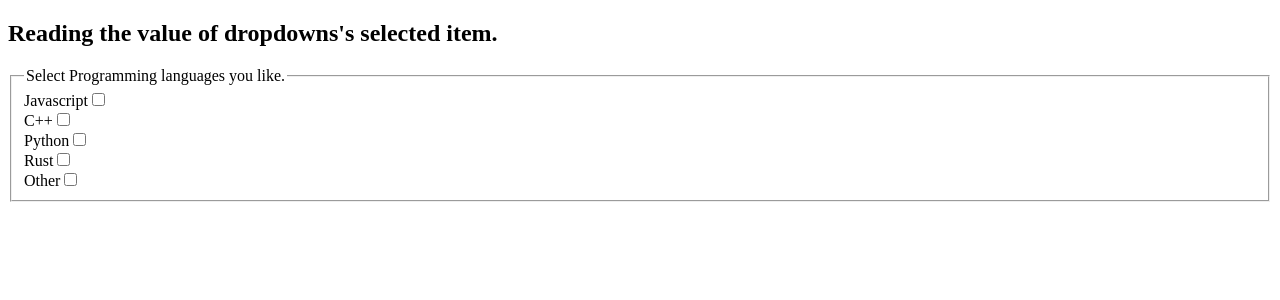
Repository: ishanbassi/iotasol-assignments
Page: /iotasol/work-4
An editor plug-in stored every save of this project. The page is shown before and after the next save, followed by the edit.
The browser window is 1280 px wide. The pictures show the whole page.
The project was rebuilt for these pictures with package versions that can differ from the ones it lists, and the page was loaded fresh each time. The framework's server and built-in components were replaced by stand-ins that run in the browser.

Above is the page before, as saved 2022-11-08 12:04:57.

### pages/_app.tsx
import "../styles/global.css"
export default function App({Component,ComponentProps}){
    return(
        <Component {...ComponentProps}/>
    )
}

### pages/iotasol/work-4.tsx
export default function App() {
    const showResult = (e)  => {
        e.preventDefault()
        const form = new FormData(e.target)
        console.log(form.get('languages'))
    }
    return (
        <>
            <h2>Reading the value of dropdowns's selected item.</h2>
            <form onSubmit={showResult}>
                <fieldset>
                    <legend>Select Programming languages you like.</legend>
                    <div>
                        <label>
                        Javascript
                        <input  type="checkbox" value="Javascript" name="programming language"/>

                        </label>
                    </div>
                    <div>
                        <label>
                        C++
                        <input type="checkbox" value="C++" name="programming language"/>

                        </label>
                    </div>
                    <div>
                        <label>
                            Python
                            <input type="checkbox" value="Python" name="programming language"/>

                        </label>
                    </div>
                    <div>
                        <label>
                            Rust
                            <input type="checkbox" value="Rust" name="programming language"/>

                        </label>
                    </div>
                    <div>
                        <label>
                            Other
                            <input type="checkbox" value="Other" name="programming language"/>

                        </label>

                    </div>
                </fieldset>
            </form>
        </>

    )
}

### styles/global.css
label{
    padding-right: 2em;
}

After the next save:
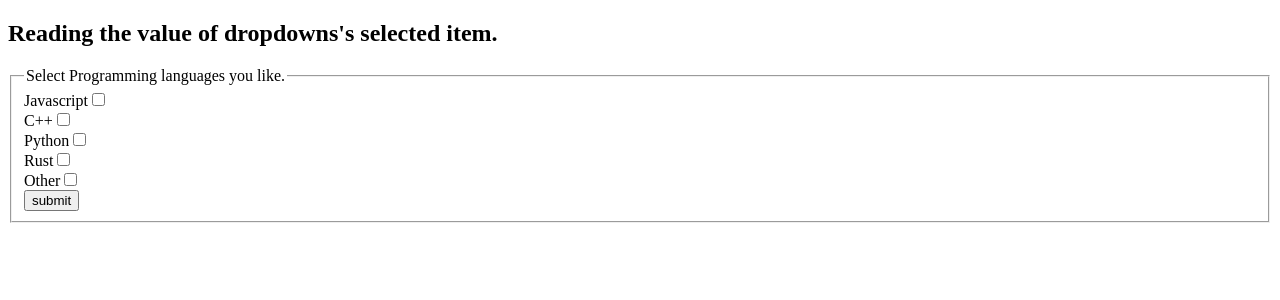
Saved 71 s later.
--- a/pages/iotasol/work-4.tsx
+++ b/pages/iotasol/work-4.tsx
@@ -2,7 +2,7 @@ export default function App() {
     const showResult = (e)  => {
         e.preventDefault()
         const form = new FormData(e.target)
-        console.log(form.get('languages'))
+        console.log(form.get('programming language'))
     }
     return (
         <>
@@ -46,6 +46,7 @@ export default function App() {
                         </label>
 
                     </div>
+                    <button type="submit" >submit</button>
                 </fieldset>
             </form>
         </>
